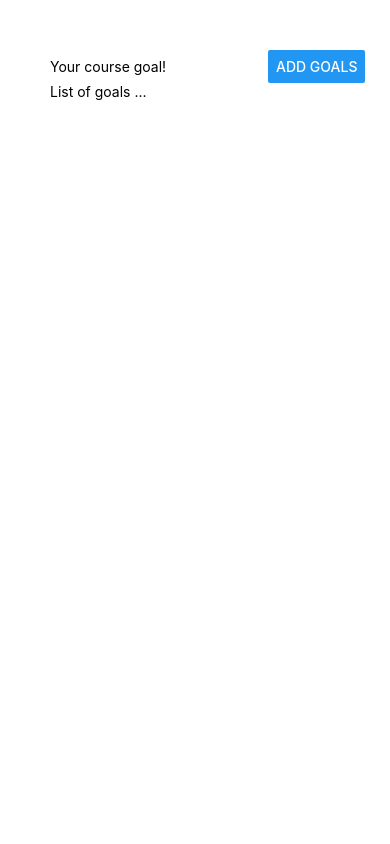
Repository: vanh1604/Todo-List
Screen: /
An editor plug-in stored every save of this project. The screen is shown before and after the next save, followed by the edit.
The app was drawn by React Native's web renderer in a window 390 px wide. The project was rebuilt for these pictures with package versions that can differ from the ones it lists, and the page was loaded fresh each time.

Above is the screen before, as saved 2023-06-16 15:21:13.

After the next save:
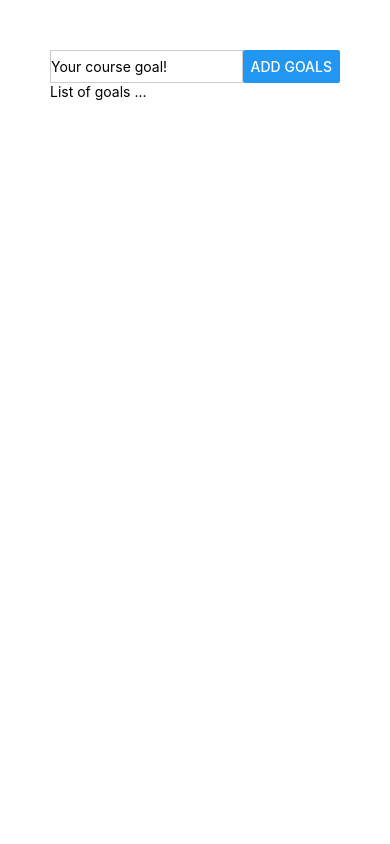
Saved 31 s later.
--- a/App.js
+++ b/App.js
@@ -4,7 +4,10 @@ export default function App() {
   return (
     <View style={styles.appContainer}>
       <View style={styles.inputContainer}>
-        <TextInput placeholder="Your course goal!"></TextInput>
+        <TextInput
+          style={styles.textInput}
+          placeholder="Your course goal!"
+        ></TextInput>
         <Button title="Add goals" />
       </View>
       <View>
@@ -22,9 +25,9 @@ const styles = StyleSheet.create({
     flexDirection: "row",
     justifyContent: "space-between",
   },
-  textInput:{
-    borderWidth:1,
-    borderColor:"#cccccc",
-    width:"80%",
-  }
+  textInput: {
+    borderWidth: 1,
+    borderColor: "#cccccc",
+    width: "80%",
+  },
 });
